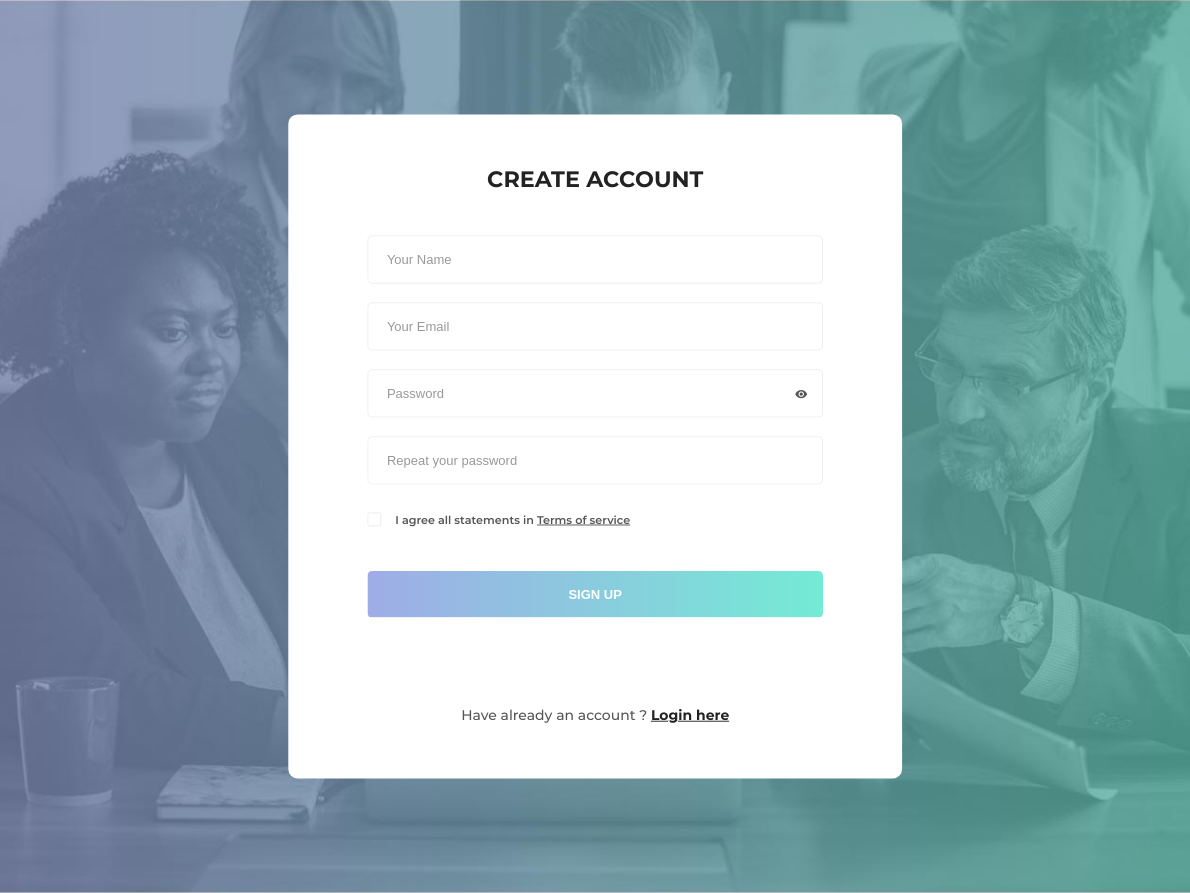
Repository: zainbt/Career_Bridge
Page: static/register/index.html
The author's editor kept a copy of each file at every save. The page is drawn from the files as they stood at one save, then again after the next save.
The browser window is 1280 px wide. The pictures show the whole page, at 93% of full size.

Above is the page before, as saved 2018-09-28 14:08:27.

After the next save:
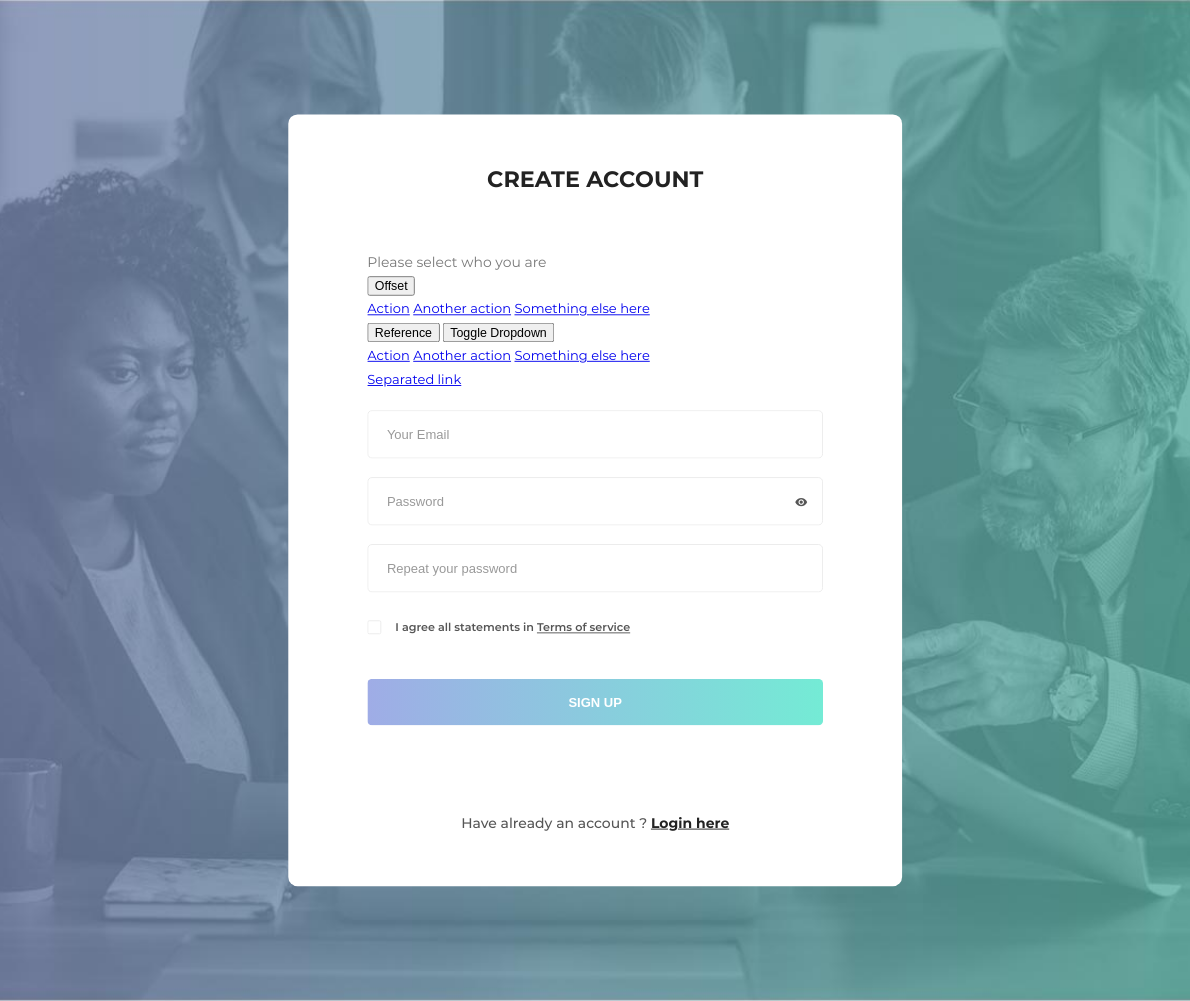
Saved 416 days later.
--- a/static/register/index.html
+++ b/static/register/index.html
@@ -1,5 +1,6 @@
 <!DOCTYPE html>
 <html lang="en">
+
 <head>
     <meta charset="UTF-8">
     <meta name="viewport" content="width=device-width, initial-scale=1.0">
@@ -12,6 +13,7 @@
     <!-- Main css -->
     <link rel="stylesheet" href="css/style.css">
 </head>
+
 <body>
 
     <div class="main">
@@ -23,24 +25,49 @@
                     <form method="POST" id="signup-form" class="signup-form">
                         <h2 class="form-title">Create account</h2>
                         <div class="form-group">
-                            <input type="text" class="form-input" name="name" id="name" placeholder="Your Name"/>
+                            <p>Please select who you are</p>
+                            <div class="d-flex">
+                                <div class="dropdown mr-1">
+                                    <button type="button" class="btn btn-secondary dropdown-toggle" id="dropdownMenuOffset" data-toggle="dropdown" aria-haspopup="true" aria-expanded="false" data-offset="10,20">
+                                        Offset
+                                      </button>
+                                    <div class="dropdown-menu" aria-labelledby="dropdownMenuOffset">
+                                        <a class="dropdown-item" href="#">Action</a>
+                                        <a class="dropdown-item" href="#">Another action</a>
+                                        <a class="dropdown-item" href="#">Something else here</a>
+                                    </div>
+                                </div>
+                                <div class="btn-group">
+                                    <button type="button" class="btn btn-secondary">Reference</button>
+                                    <button type="button" class="btn btn-secondary dropdown-toggle dropdown-toggle-split" id="dropdownMenuReference" data-toggle="dropdown" aria-haspopup="true" aria-expanded="false" data-reference="parent">
+                                        <span class="sr-only">Toggle Dropdown</span>
+                                      </button>
+                                    <div class="dropdown-menu" aria-labelledby="dropdownMenuReference">
+                                        <a class="dropdown-item" href="#">Action</a>
+                                        <a class="dropdown-item" href="#">Another action</a>
+                                        <a class="dropdown-item" href="#">Something else here</a>
+                                        <div class="dropdown-divider"></div>
+                                        <a class="dropdown-item" href="#">Separated link</a>
+                                    </div>
+                                </div>
+                            </div>
                         </div>
                         <div class="form-group">
-                            <input type="email" class="form-input" name="email" id="email" placeholder="Your Email"/>
+                            <input type="email" class="form-input" name="email" id="email" placeholder="Your Email" />
                         </div>
                         <div class="form-group">
-                            <input type="text" class="form-input" name="password" id="password" placeholder="Password"/>
+                            <input type="text" class="form-input" name="password" id="password" placeholder="Password" />
                             <span toggle="#password" class="zmdi zmdi-eye field-icon toggle-password"></span>
                         </div>
                         <div class="form-group">
-                            <input type="password" class="form-input" name="re_password" id="re_password" placeholder="Repeat your password"/>
+                            <input type="password" class="form-input" name="re_password" id="re_password" placeholder="Repeat your password" />
                         </div>
                         <div class="form-group">
                             <input type="checkbox" name="agree-term" id="agree-term" class="agree-term" />
                             <label for="agree-term" class="label-agree-term"><span><span></span></span>I agree all statements in  <a href="#" class="term-service">Terms of service</a></label>
                         </div>
                         <div class="form-group">
-                            <input type="submit" name="submit" id="submit" class="form-submit" value="Sign up"/>
+                            <input type="submit" name="submit" id="submit" class="form-submit" value="Sign up" />
                         </div>
                     </form>
                     <p class="loginhere">
@@ -55,5 +82,7 @@
     <!-- JS -->
     <script src="vendor/jquery/jquery.min.js"></script>
     <script src="js/main.js"></script>
-</body><!-- This templates was made by Colorlib (https://colorlib.com) -->
+</body>
+<!-- This templates was made by Colorlib (https://colorlib.com) -->
+
 </html>
